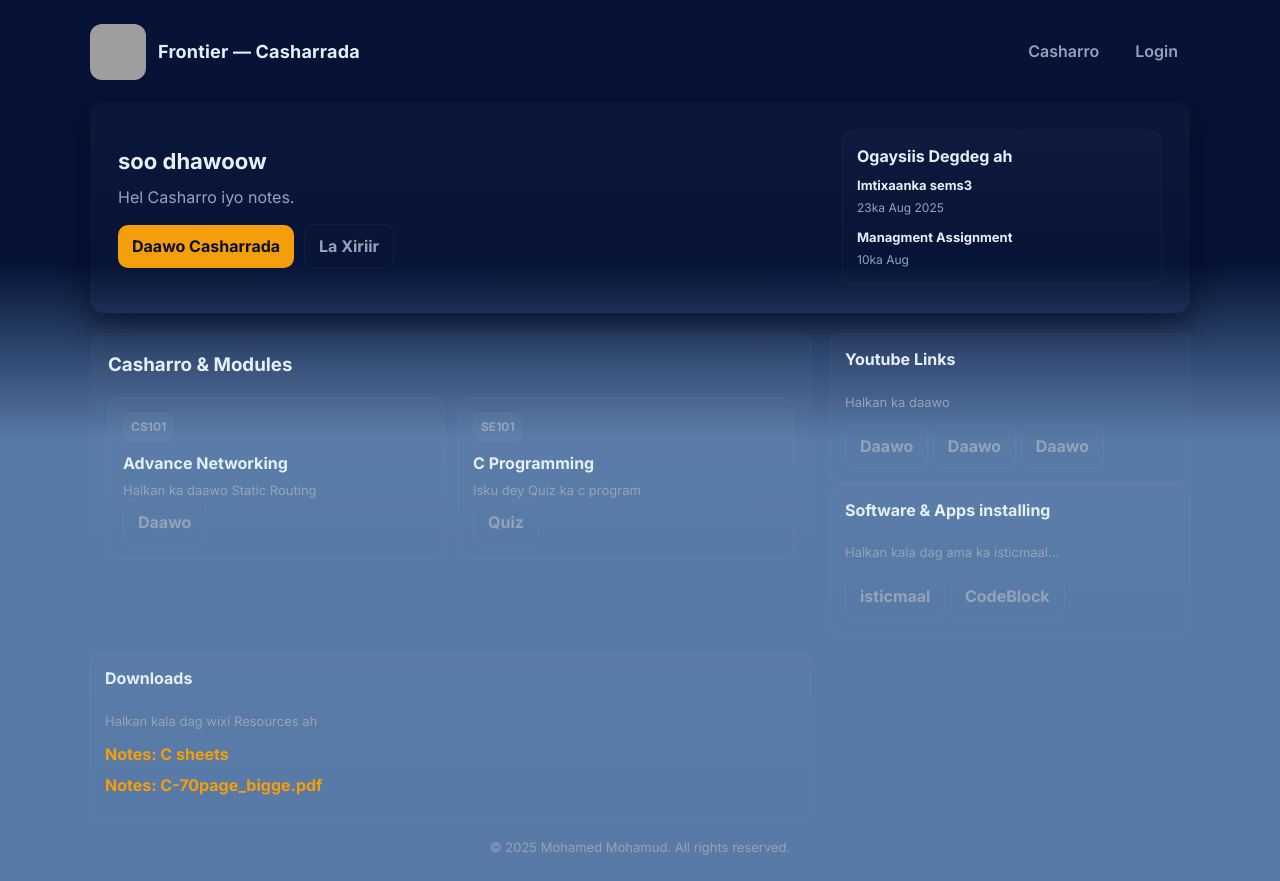
Repository: mrfiiqane/Al-Tacaawun.com
Page: index.html
The author's editor kept a copy of each file at every save. The page is drawn from the files as they stood at one save, then again after a run of saves.
The browser window is 1280 px wide. The pictures show the whole page.
Pictures or frames that could not be fetched are drawn as grey boxes.

Above is the page before, as saved 2025-08-12 08:50:47.

### index.html
<!doctype html>
<html lang="en">
<head>
  <meta charset="utf-8" />
  <meta name="viewport" content="width=device-width,initial-scale=1" />
  <title>Jaamacadda — Casharrada</title>
  <link rel="stylesheet" href="./style.css">

  <!-- Google Font (optional) -->
  <link href="https://fonts.googleapis.com/css2?family=Inter:wght@300;400;600;700&display=swap" rel="stylesheet">

</head>
<body>
  <div class="wrap">

    <header>
      <div class="brand">
        <div class="logo"></div>
        <div>
          <h1 class="site-title">Frontier — Casharrada</h1>
        </div>
      </div>

      <nav aria-label="Primary">
        <a href="#courses">Casharro</a>
        <a href="./Singin.html">Login</a>
      </nav>
    </header>

    <section class="hero">
      <div class="hero-left">

        <h2>soo dhawoow</h2>
        <p>Hel Casharro iyo notes.</p>

        <div class="cta-row">
          <a class="btn" href="#courses">Daawo Casharrada</a>
          <a class="btn secondary" href="#contact">La Xiriir</a>
        </div>
      </div>

      <div class="hero-right card">
        <h4 style="margin:0 0 8px 0">Ogaysiis Degdeg ah</h4>
        <ul class="ann-list">
          <li class="ann"><div><b>Imtixaanka sems3</b><small> 23ka Aug 2025</small></div></li>
          <li class="ann"><div><b>Managment Assignment</b><small> 10ka Aug</small></div></li>
        </ul>
      </div>
    </section>

    <div class="grid">
      <main>
        <!-- Courses -->
        <div id="courses" class="section">
          <h3 style="margin-top:0">Casharro & Modules</h3>
          <div class="courses">
            <article class="course">
              <span class="code">CS101</span>
              <h3>Advance Networking</h3>
              <p>Halkan ka daawo Static Routing</p>
              <a class="btn secondary" href="https://youtu.be/i_kWL7zncr0?si=UCBDJ3CswC6rXT9E" >Daawo</a>
            </article>
            <article class="course">
              <span class="code">SE101</span>
              <h3>C Programming</h3>
              <p>Isku dey Quiz ka c program</p>
              <a class="btn secondary" href="https://quiz-with-c.vercel.app/" >Quiz</a>
            </article>



          </div>
        </div>



      </main>

      <!-- Sidebar -->
      <aside>
        <div class="card">
          <h4 style="margin-top:0">Youtube Links</h4>
          <p class="site-sub">Halkan ka daawo</p>
          <ul style="margin:12px 0 0 0; padding:0; list-style:none;">
            <a class="btn secondary" href="https://youtu.be/eYBJgoVVvV4" >Daawo</a>
            <a class="btn secondary" href="https://youtu.be/OuTGAZUUJFI" >Daawo</a>
            <a class="btn secondary" href="https://youtu.be/sqkx3KoNXKo" >Daawo</a>
          </ul>
        </div>
        <div class="card">
          <h4 style="margin-top:0">Software & Apps installing</h4>
          <p class="site-sub">Halkan kala dag ama ka isticmaal...</p>
          <ul style="margin:12px 0 0 0; padding:0; list-style:none;">
            <a class="btn secondary" href="https://www.programiz.com/c-programming/online-compiler/" >isticmaal</a>
            <a class="btn secondary" href="https://sourceforge.net/projects/codeblocks/files/Binaries/25.03/Windows/codeblocks-25.03mingw-setup.exe/download" >CodeBlock</a>

          </ul>
        </div>

      </aside>
      <aside>
        <div class="card">
          <h4 style="margin-top:0">Downloads</h4>
          <p class="site-sub">Halkan kala dag wixi Resources ah</p>
          <ul style="margin:12px 0 0 0; padding:0; list-style:none;">
            <li style="margin-bottom:8px"><a href="./images/cheat_sheet_c.pdf" download="" style="color:var(--accent); text-decoration:none; font-weight:700">Notes: C sheets</a></li>
            <li style="margin-bottom:8px"><a href="./images/C-70page-begginers.pdf" download="" style="color:var(--accent); text-decoration:none; font-weight:700">Notes: C-70page_bigge.pdf</a></li>
          </ul>
        </div>

      </aside>
    </div>

    <footer>
      © <span id="year"></span> 2025 Mohamed Mohamud. All rights reserved.
    </footer>

  </div>

</body>
</html>

### style.css
:root{
      --bg:#0f1724;
      --card:#0b1220;
      --accent:#F59E0B;
      --muted:#94a3b8;
      --glass: rgba(255,255,255,0.04);
      --radius:14px;
      --maxw:1100px;
      font-family: "Inter", system-ui, -apple-system, "Segoe UI", Roboto, "Helvetica Neue", Arial;
    }
    *{box-sizing:border-box}
    html,body{
      height:80%
      width:80%
    }
    body{
      margin:0;
      background: linear-gradient(180deg,#061336 30%, #587aa7 50%);
      color:#e6eef8;
      -webkit-font-smoothing:antialiased;
      -moz-osx-font-smoothing:grayscale;
      line-height:1.45;
      padding:24px;
      display:flex;
      justify-content:center;
    }
    .wrap{
      width:100%;
      max-width:var(--maxw);
    }

    /* Header */
    header{
      display:flex;
      align-items:center;
      justify-content:space-between;
      gap:16px;
      margin-bottom:22px;
    }
    .brand{
      display:flex;
      align-items:center;
      gap:12px;
    }
    .logo{
      background-image: url('https://encrypted-tbn0.gstatic.com/images?q=tbn:ANd9GcTuMOF6fEdt8Zlo2HOTVPE4MufJVdZzyfTKlA&s');
      background-size:cover;
      background-position:center;
      background-repeat:no-repeat;
      width:56px;
      height:56px;
      border-radius:12px;
      display:flex;
      align-items:center;
      justify-content:center;
      font-weight:700;
      font-size:20px;
    }
    h1.site-title{
      margin:0;
      font-size:18px;
      letter-spacing:0.2px;
    }
    p.site-sub{ margin:0; color:var(--muted); font-size:13px }

    nav{
      display:flex;
      gap:12px;
      align-items:center;
    }
    nav a{
      color:var(--muted);
      text-decoration:none;
      font-weight:600;
      padding:8px 12px;
      border-radius:10px;
    }
    nav a:hover{ color:#fff; background:var(--glass) }

    /* Hero */
    .hero{
      background: linear-gradient(180deg, rgba(255,255,255,0.02), transparent);
      border-radius: var(--radius);
      padding:28px;
      display:flex;
      gap:24px;
      align-items:center;
      margin-bottom:20px;
      box-shadow: 0 10px 30px rgba(2,6,23,0.6);
    }
    .hero-left{flex:1}
    .hero-right{ width:320px; min-width:220px }
    .hero h2{ margin:0 0 8px 0; font-size:22px }
    .hero p{ margin:0 0 14px 0; color:var(--muted) }

    .cta-row{ display:flex; gap:10px; align-items:center }
    .btn{
      background:var(--accent);
      color:#081028;
      padding:10px 14px;
      border-radius:10px;
      font-weight:700;
      border:none;
      cursor:pointer;
      text-decoration:none;
      display:inline-block;
    }
    .btn.secondary{
      background:transparent;
      color:var(--muted);
      border:1px solid rgba(255,255,255,0.04);
    }

    /* Grid */
    .grid{
      display:grid;
      gap:18px;
      grid-template-columns: 1fr 360px;
    }

    /* Main content */
    main{ background:transparent }
    .section{
      background: linear-gradient(180deg, rgba(255,255,255,0.02), transparent);
      padding:18px;
      border-radius:12px;
      margin-bottom:16px;
    }

    /* Courses */
    .courses{
      display:grid;
      grid-template-columns: repeat(auto-fit,minmax(230px,1fr));
      gap:14px;
    }
    .course{
      background:linear-gradient(180deg, rgba(255,255,255,0.02), transparent);
      padding:14px;
      border-radius:12px;
      border:1px solid rgba(255,255,255,0.03);
      transition:transform .18s ease, box-shadow .18s ease;
    }
    .course:hover{ transform:translateY(-6px); box-shadow:0 12px 30px rgba(2,6,23,0.6) }
    .code{
      display:inline-block;
      background:rgba(255,255,255,0.03);
      padding:6px 8px;
      border-radius:8px;
      color:var(--muted);
      font-weight:700;
      font-size:12px;
    }
    .course h3{ margin:10px 0 6px 0; font-size:16px }
    .course p{ margin:0; color:var(--muted); font-size:13px }

    /* Sidebar cards */
    .card{
      background: linear-gradient(180deg, rgba(255,255,255,0.02), transparent);
      padding:14px;
      border-radius:12px;
      border:1px solid rgba(255,255,255,0.03);
    }
    .ann-list{ list-style:none; margin:0; padding:0; display:flex; flex-direction:column; gap:10px }
    .ann{
      display:flex; gap:10px; align-items:flex-start;
    }
    .ann b{ display:block; font-size:13px }
    .ann small{ color:var(--muted); font-size:12px }

    footer{
      margin-top:18px; text-align:center; color:var(--muted); font-size:13px;
    }

    /* Responsive */
    @media (max-width:768px){
    header{
      display:block;
      align-items:center;
      justify-content:space-around;
      gap:5px;
      margin-bottom:22px;
    }
    .hero, .grid{
      display: flex;
      flex-direction: column;
    }

    nav{
      gap:5px;
      justify-content: end;
    }
    .btn{
      padding:10px;
    }

    }

After the next 3 saves:
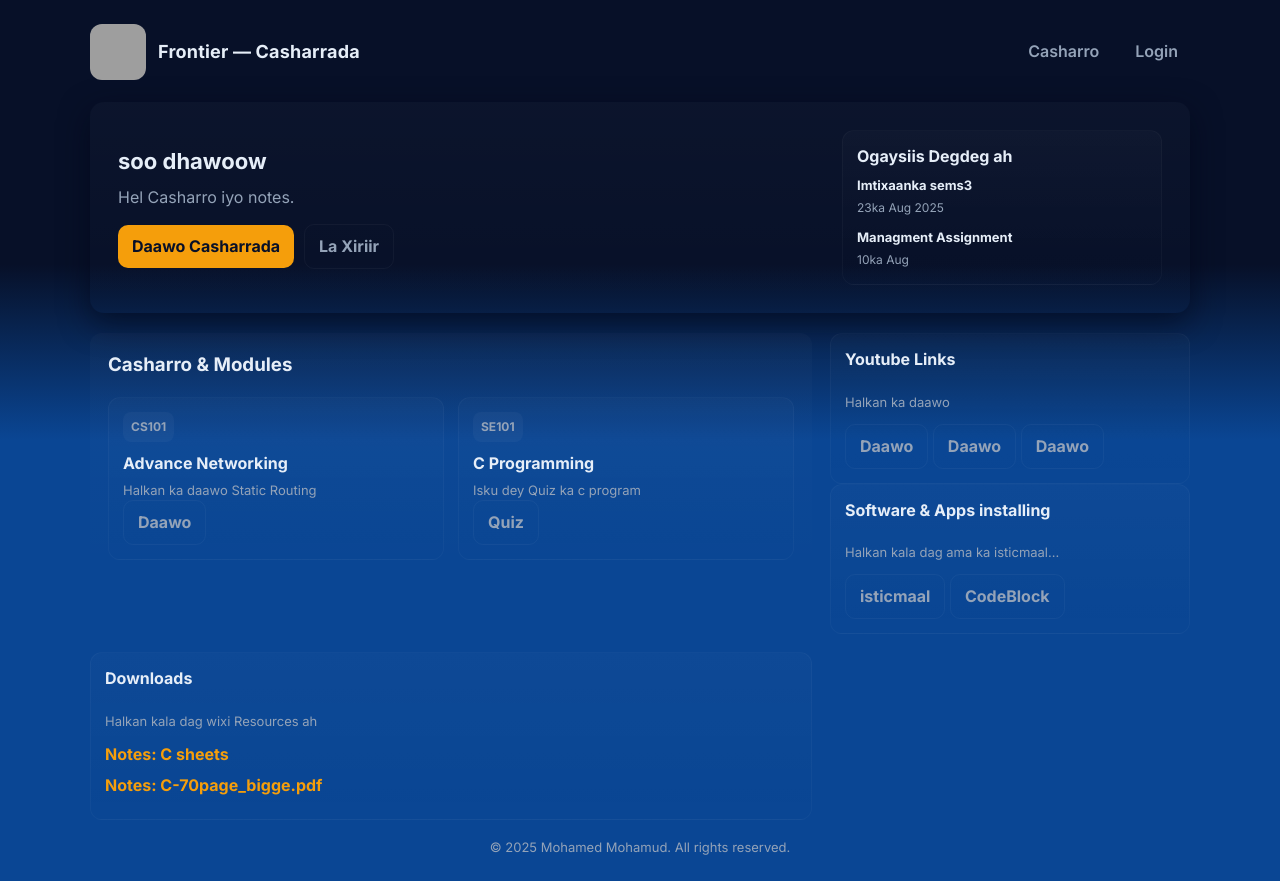
The 3 saves are shown as one change because they came seconds apart.
The last was saved 14 s later.
--- a/style.css
+++ b/style.css
@@ -15,7 +15,7 @@
     }
     body{
       margin:0;
-      background: linear-gradient(180deg,#061336 30%, #587aa7 50%);
+      background: linear-gradient(180deg,#071028 30%, #0a4694 50%);
       color:#e6eef8;
       -webkit-font-smoothing:antialiased;
       -moz-osx-font-smoothing:grayscale;
